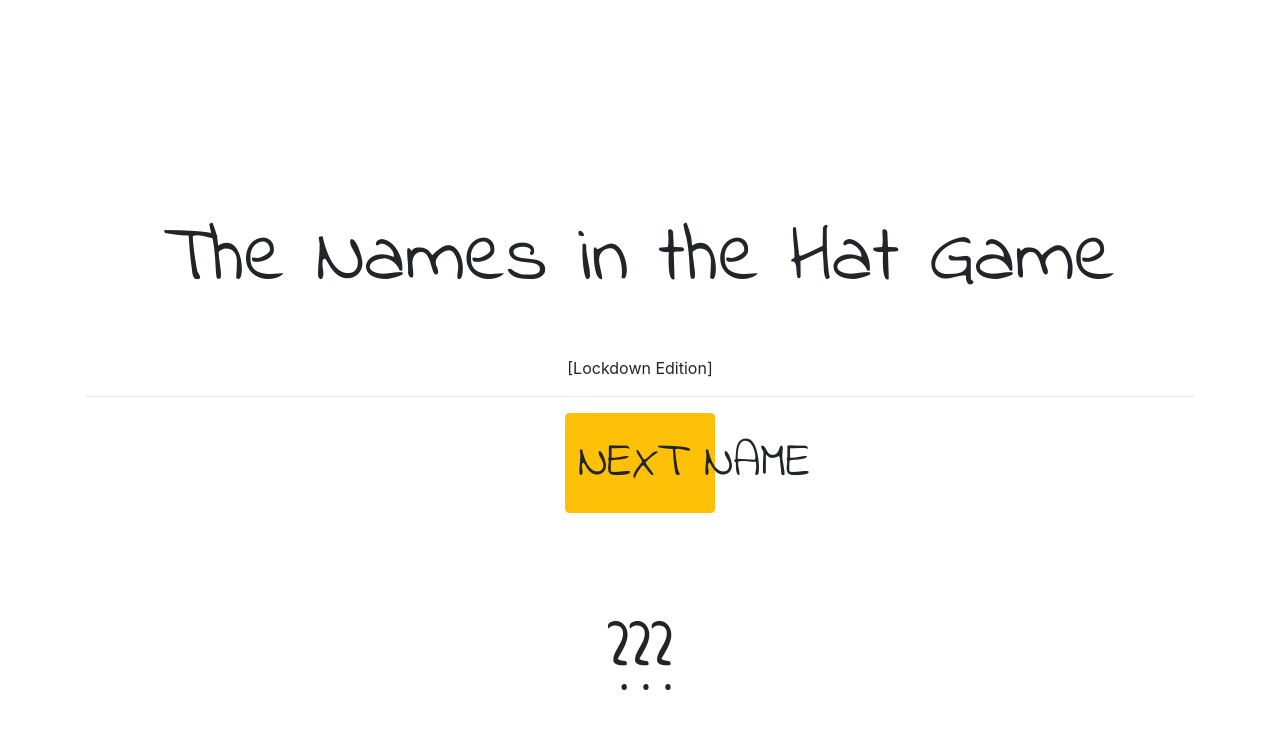
Repository: TaylorD1982/randomizer
Page: index.html
The author's editor kept a record of every edit. The page is drawn from the files as they stood at one moment, then again after the next edit.
The browser window is 1280 px wide. The pictures show the whole page.
Some web fonts or font styles are not loaded; a fallback is used. Some web libraries are served in a nearby version.

Above is the page before.

### index.html
<!DOCTYPE html>
<html lang="en">

<head>
    <meta charset="UTF-8">
    <meta name="viewport" content="width=device-width, initial-scale=1.0">
    <meta http-equiv="X-UA-Compatible" content="ie=edge">
    <title>Document</title>
    <link href="https://fonts.googleapis.com/css2?family=Indie+Flower&display=swap" rel="stylesheet">
    <link href="https://fonts.googleapis.com/css2?family=Frijole&display=swap" rel="stylesheet">
    <link rel="stylesheet" href="https://maxcdn.bootstrapcdn.com/bootstrap/4.0.0/css/bootstrap.min.css" integrity="sha384-Gn5384xqQ1aoWXA+058RXPxPg6fy4IWvTNh0E263XmFcJlSAwiGgFAW/dAiS6JXm" crossorigin="anonymous">
    <link rel="stylesheet" href="style.css">
</head>

<body>
    <div class="container">
        <div class="row app">
            <div class="col">
                <div>
                    <P class="title">The Names in the Hat Game</P>
                    <P class="lock">[Lockdown Edition]</P>
                </div>
                <hr>
                <button id="Button" type="button" class="btn btn-warning">
                      NEXT NAME
                </button>
                <br>
                <br>
                <br>
                <div id="Answer" class="result">
                    ???
                </div>
            </div>
        </div>
    </div>
</body>
<script>
    // myArray initial content, as a global variable :
    var myArray = [
        'Al',
        'Bingham',
        'David',
        'Juliet',
        'Will',
        'Laura',
        'Lindsey',
        'Tom Hanks',
        'Struan',
        'Jim Jeffries',
        'Max',
        'Kathryn',
    ];

    // the event handler, randomly emptying myArray one at a time :
    document.getElementById("Button").onclick = function() {
        // check for an empty array :
        if (myArray.length > 0) {
            var optionsE = Math.floor(Math.random() * myArray.length);
            var removedE = myArray.splice(optionsE, 1);
            document.getElementById("Answer").innerHTML = removedE[0];
        }
        else {
            alert("GAME OVER!");
        }
    }
</script>
<script src="https://code.jquery.com/jquery-3.2.1.slim.min.js" integrity="sha384-KJ3o2DKtIkvYIK3UENzmM7KCkRr/rE9/Qpg6aAZGJwFDMVNA/GpGFF93hXpG5KkN" crossorigin="anonymous"></script>
<script src="https://cdnjs.cloudflare.com/ajax/libs/popper.js/1.12.9/umd/popper.min.js" integrity="sha384-ApNbgh9B+Y1QKtv3Rn7W3mgPxhU9K/ScQsAP7hUibX39j7fakFPskvXusvfa0b4Q" crossorigin="anonymous"></script>
<script src="https://maxcdn.bootstrapcdn.com/bootstrap/4.0.0/js/bootstrap.min.js" integrity="sha384-JZR6Spejh4U02d8jOt6vLEHfe/JQGiRRSQQxSfFWpi1MquVdAyjUar5+76PVCmYl" crossorigin="anonymous"></script>

</html>

### style.css
.app {
    padding-top: 200px;
    text-align: center;
}

.result {
    padding-top: 50px;
    font-family: 'Indie Flower', cursive;
    font-size: 5em;
}

.btn {
    width: 150px;
    height: 100px;
    font-family: 'Indie Flower', cursive;
    font-size: 3em;
}

.title {
    padding-bottom: 20px;
    font-family: 'Indie Flower', cursive;
    font-size: 5em;
}

After the next edit:
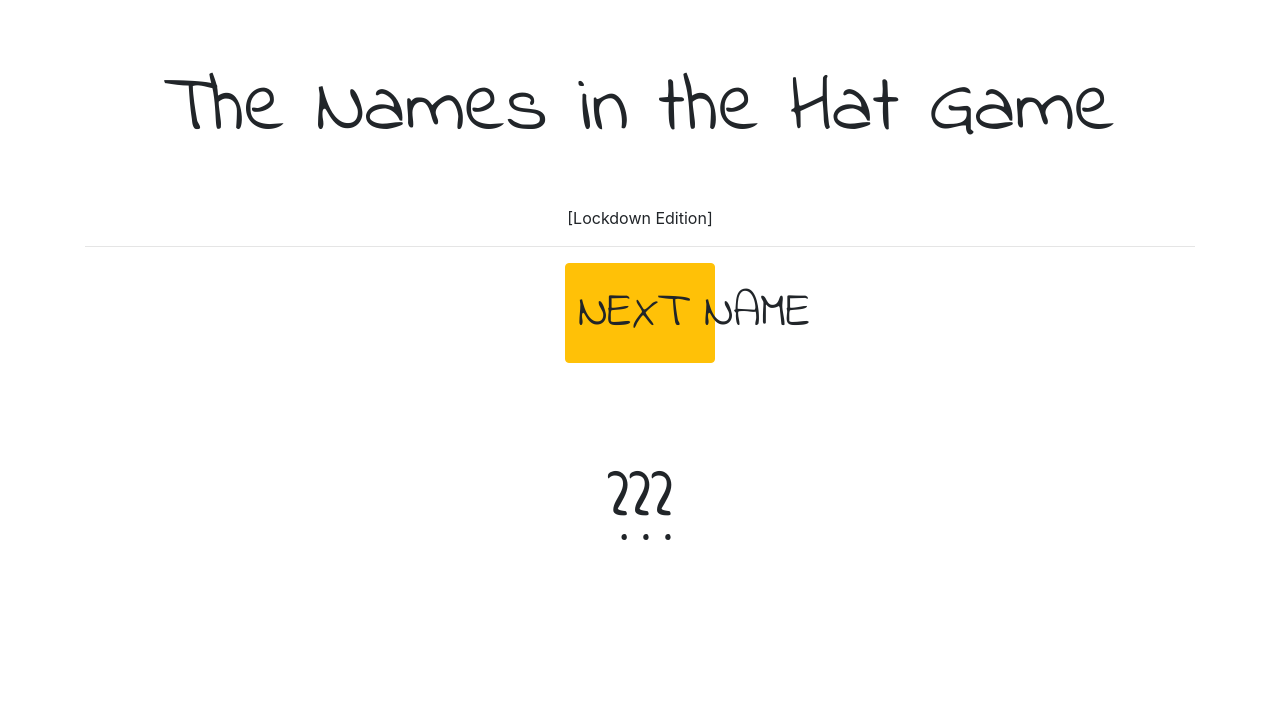
The edit:
--- a/style.css
+++ b/style.css
@@ -1,5 +1,5 @@
 .app {
-    padding-top: 200px;
+    padding-top: 50px;
     text-align: center;
 }
 
